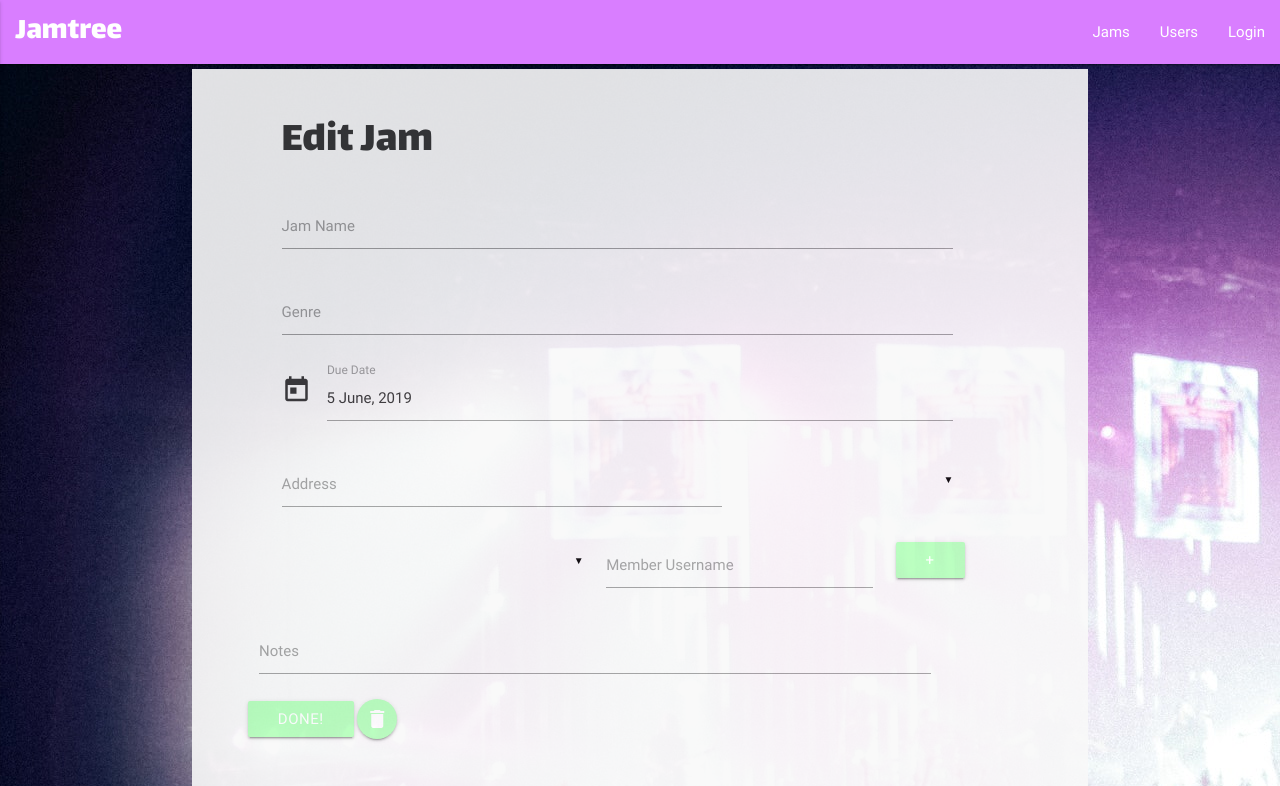
Repository: EdShackleton/milestone-project-3
Page: templates/editjam.html
The author's editor kept a record of every edit. The page is drawn from the files as they stood at one moment, then again after the next edit.
The browser window is 1280 px wide. The pictures show the whole page.
Backgrounds fixed to the window are drawn as part of the page. Some web libraries are served in a nearby version. The page is served by the project's application, run on Flask 3 (app.py). Style sheets and scripts are compiled from the project's sources, by tool versions that may differ from the author's. The template is opened directly, without the code that normally fills it, so the values that code supplies are empty.

Above is the page before.

### templates/editjam.html
{% extends 'base.html'%} {% block content %}
<div class="blank-background">
    <h3 class="jam-title">Edit Jam</h3>
    <div class="row">
        <form action="{{ url_for('edit_jam', jam_id=jam._id) }}" method="POST" class="col s12">
            <div class="row">
                <div class="input-field col s12">
                    <input id="jam_title" name="jam_title" type="text" class="validate" value="{{jam.jam_title}}">
                    <label for="icon_prefix">Jam Name</label>
                </div>
            </div>
            <div class="row">
                <div class="input-field col s12">
                    <input id="genre" name="genre" type="text" class="validate" value="{{jam.genre}}">
                    <label for="icon_prefix">Genre</label>
                </div>
            </div>
            <div class="row">
                <div class="input-field col s12">
                    <i class="material-icons prefix">today</i>
                    <input id="date_of_jam" name="date_of_jam" type="text" class="datepicker">
                    <label for="icon_prefix">Due Date</label>
                </div>
            </div>
            <div class="row">
                <span class="input-field col s8">
                <input id="jam_location" name="jam_location" type="text" class="validate" value="{{jam.jam_location}}">
                <label for="icon_prefix">Address</label>
            </span>
                <span class="input-field col s4">
                <select name="jam_county">
                    <option value="{{jam.jam_county}}" disabled selected>{{jam.jam_county}}</option>
                    {% for county in counties %}
                    <option value="{{county.county_name}}">{{county.county_name}}</option>
                    {% endfor %}
                </select>
            </span>

            <div class="row" id="members-section">
                <div class="row" id="member-1-details">
                    <span class="input-field col s6">
                        <select name="member_instrument_1">
                            <option value="{{jam.member_instrument_1}}" disabled selected>{{jam.member_instrument_1}}</option>
                            {% for instrument in instruments %}
                            <option value="{{instrument.instrument_name}}">{{instrument.instrument_name}}</option>
                            {% endfor %}
                        </select>
                    </span>
                    <span class="input-field col s5">
                        <input id="jam_members" name="jam_member_1" type="text">
                        <label for="icon_prefix">Member Username</label>
                    </span>
                    <span class="input-field col s1">
                        <a class="waves-effect waves-light btn" id="new-member_1" onclick="newMember1()">+</i></a>
                    </span>
                </div>
                <div class="row" id="member-2-details">
                    <span class="input-field col s6">
                        <select name="member_instrument_2">
                            <option value="{{jam.member_instrument_2}}" disabled selected>{{jam.member_instrument_2}}</option>
                            {% for instrument in instruments %}
                            <option value="{{instrument.instrument_name}}">{{instrument.instrument_name}}</option>
                            {% endfor %}
                        </select>
                    </span>
                    <span class="input-field col s5">
                        <input id="jam_members" name="jam_member_2" type="text">
                        <label for="icon_prefix">Member Username</label>
                    </span>
                    <span class="input-field col s1">
                        <a class="waves-effect waves-light btn" id="new-member_2" onclick="newMember2()">+</i></a>
                    </span>
                </div>
                <div class="row" id="member-3-details">
                    <span class="input-field col s6">
                        <select name="member_instrument_3">
                            <option value="{{jam.member_instrument_3}}" disabled selected>{{jam.member_instrument_3}}</option>
                            {% for instrument in instruments %}
                            <option value="{{instrument.instrument_name}}">{{instrument.instrument_name}}</option>
                            {% endfor %}
                        </select>
                    </span>
                    <span class="input-field col s5">
                        <input id="jam_members" name="jam_member_3" type="text">
                        <label for="icon_prefix">Member Username</label>
                    </span>
                    <span class="input-field col s1">
                        <a class="waves-effect waves-light btn" id="new-member_3" onclick="newMember3()">+</i></a>
                    </span>
                </div>
                <div class="row" id="member-4-details">
                    <span class="input-field col s6">
                        <select name="member_instrument_4">
                            <option value="{{jam.member_instrument_4}}" disabled selected>{{jam.member_instrument_4}}</option>
                            {% for instrument in instruments %}
                            <option value="{{instrument.instrument_name}}">{{instrument.instrument_name}}</option>
                            {% endfor %}
                        </select>
                    </span>
                    <span class="input-field col s5">
                        <input id="jam_members" name="jam_member_4" type="text">
                        <label for="icon_prefix">Member Username</label>
                    </span>
                    <span class="input-field col s1">
                        <a class="waves-effect waves-light btn" id="new-member_4" onclick="newMember4()">+</i></a>
                    </span>
                </div>
                <div class="row" id="member-5-details">
                    <span class="input-field col s6">
                        <select name="member_instrument_5">
                            <option value="{{jam.member_instrument_5}}" disabled selected>{{jam.member_instrument_5}}</option>
                            {% for instrument in instruments %}
                            <option value="{{instrument.instrument_name}}">{{instrument.instrument_name}}</option>
                            {% endfor %}
                        </select>
                    </span>
                    <span class="input-field col s5">
                        <input id="jam_members" name="jam_member_5" type="text">
                        <label for="icon_prefix">Member Username</label>
                    </span>
                    <span class="input-field col s1">
                        <a class="waves-effect waves-light btn" id="new-member_5" onclick="newMember5()">+</i></a>
                    </span>
                </div>
                <div class="row" id="member-6-details">
                    <span class="input-field col s6">
                        <select name="member_instrument_6">
                            <option value="" disabled selected>Instrument</option>
                            {% for instrument in instruments %}
                            <option value="{{instrument.instrument_name}}">{{instrument.instrument_name}}</option>
                            {% endfor %}
                        </select>
                    </span>
                    <span class="input-field col s5">
                        <input id="jam_members" name="jam_member_6" type="text">
                        <label for="icon_prefix">Member Username</label>
                    </span>
                    <span class="input-field col s1">
                        <a class="waves-effect waves-light btn" id="new-member_6" onclick="newMember6()">+</i></a>
                    </span>
                </div>
                <div class="row" id="member-7-details">
                    <span class="input-field col s6">
                        <select name="member_instrument_7">
                            <option value="" disabled selected>Instrument</option>
                            {% for instrument in instruments %}
                            <option value="{{instrument.instrument_name}}">{{instrument.instrument_name}}</option>
                            {% endfor %}
                        </select>
                    </span>
                    <span class="input-field col s5">
                        <input id="jam_members" name="jam_member_7" type="text">
                        <label for="icon_prefix">Member Username</label>
                    </span>
                    <span class="input-field col s1">
                        <a class="waves-effect waves-light btn" id="new-member_7" onclick="newMember7()">+</i></a>
                    </span>
                </div>
                <div class="row" id="member-8-details">
                    <span class="input-field col s6">
                        <select name="member_instrument_8">
                            <option value="" disabled selected>Instrument</option>
                            {% for instrument in instruments %}
                            <option value="{{instrument.instrument_name}}">{{instrument.instrument_name}}</option>
                            {% endfor %}
                        </select>
                    </span>
                    <span class="input-field col s5">
                        <input id="jam_members" name="jam_member_8" type="text">
                        <label for="icon_prefix">Member Username</label>
                    </span>
                    <span class="input-field col s1">
                        <a class="waves-effect waves-light btn" id="new-member_8" onclick="newMember8()">+</i></a>
                    </span>
                </div>
                <div class="row" id="member-9-details">
                    <span class="input-field col s6">
                        <select name="member_instrument_9">
                            <option value="" disabled selected>Instrument</option>
                            {% for instrument in instruments %}
                            <option value="{{instrument.instrument_name}}">{{instrument.instrument_name}}</option>
                            {% endfor %}
                        </select>
                    </span>
                    <span class="input-field col s5">
                        <input id="jam_members" name="jam_member_9" type="text">
                        <label for="icon_prefix">Member Username</label>
                    </span>
                    <span class="input-field col s1">
                        <a class="waves-effect waves-light btn" id="new-member_9" onclick="newMember9()">+</i></a>
                    </span>
                </div>
                <div class="row" id="member-10-details">
                    <span class="input-field col s6">
                        <select name="member_instrument_10">
                            <option value="" disabled selected>Instrument</option>
                            {% for instrument in instruments %}
                            <option value="{{instrument.instrument_name}}">{{instrument.instrument_name}}</option>
                            {% endfor %}
                        </select>
                    </span>
                    <span class="input-field col s5">
                    <input id="jam_members" name="jam_member_10" type="text">
                    <label for="icon_prefix">Member Username</label>
                </span>
                </div>

            <div class="row">
                <div class="input-field col s12">
                    <input id="jam_notes" name="jam_notes" type="text" class="validate" value="{{jam.jam_notes}}">
                    <label for="icon_prefix">Notes</label>
                </div>
            </div>
            <div class="row">
                <button class="btn waves-effect waves-light" type="submit">Done!</button>
                <a href="{{url_for('delete_jam', jam_id=jam._id)}}" class="btn-floating btn-small waves-effect waves-light btn" id="delete"><i class="material-icons">delete</i></a>
            </div>
        </form>
    </div>
</div>

<script src="https://cdnjs.cloudflare.com/ajax/libs/jquery/3.2.1/jquery.min.js"></script>
<script type="text/javascript">
    $(document).ready(function() {
        date_of_jam = Date.parse('{{jam.date_of_jam}}');
        $('#date_of_jam').pickadate('picker').set('select', date_of_jam, { format: 'dd/mm/yyyy' }).trigger('change');
    });
</script>
<script type="text/javascript">
    var i = 1;

    function newMember() {
        i++;
        console.log(i);
        document.getElementById("members-section").innerHTML +=
        `<span class="input-field col s6">
            <select name="member_instrument_${[i]}">
                <option value="" disabled selected>Instrument</option>
                {% for instrument in instruments %}
                    <option value="{{instrument.instrument_name}}">{{instrument.instrument_name}}</option>
                {% endfor %}
            </select>
        </span>
        <span class="input-field col s5">
            <input id="jam_members" name="jam_member_${[i]}" type="text">
            <label for="icon_prefix">Member Username</label>
        </span>
        <span class="input-field col s1">
            <a class="waves-effect waves-light btn" id="new-member_${[i]}" onclick="newMember()">+</i></a>
        </span>`;

    }
</script>
{% endblock %}

### templates/base.html
<!DOCTYPE html>
<html>

<head>
    <link href="https://fonts.googleapis.com/icon?family=Material+Icons" rel="stylesheet">
    <link href="https://fonts.googleapis.com/css?family=Lalezar|Roboto&display=swap" rel="stylesheet">
    <link rel="stylesheet" href="static/css/style.css" type="text/css" />
    <link rel="stylesheet" href="https://cdnjs.cloudflare.com/ajax/libs/materialize/0.100.2/css/materialize.min.css">
    <link rel="stylesheet" href="{{url_for('static', filename='css/style.css')}}" type="text/css" />
</head>

<body>
    <header>
        <div class="navbar-fixed">
            <nav>
                <div class="nav-wrapper">
                    <a href="{{ url_for('get_jams') }}" class="brand-logo">Jamtree</a>
                    <a href="#" data-activates="mobile-demo" class="button-collapse"><i class="material-icons">menu</i></a>
                    <ul id="nav-mobile" class="right hide-on-med-and-down">

                        <li id="username"><strong>{{ username }}</strong></li>
                        <li><a href="{{ url_for('get_jams') }}">Jams</a></li>
                        <li><a href="{{ url_for('get_users') }}">Users</a></li>
                        {% if user_logged_in %}
                        <li><a href="{{ url_for('add_jam') }}">+</a></li>
                        <li><a href="{{ url_for('login') }}">Logout</a></li>
                        {% else %}
                        <li><a href="{{ url_for('login') }}">Login</a></li>
                        {% endif %}

                    </ul>
                    <ul class="side-nav" id="mobile-demo">
                        <li><a href="{{ url_for('get_jams') }}">Jams</a></li>
                        <li><a href="{{ url_for('get_users') }}">Users</a></li>
                        {% if user_logged_in %}
                        <li><a href="{{ url_for('add_jam') }}">New Jam</a></li>
                        <li><a href="{{ url_for('login') }}">Logout</a></li>
                        {% else %}
                        <li><a href="{{ url_for('login') }}">Login</a></li>
                        {% endif %}
                    </ul>
                </div>
            </nav>
        </div>
    </header>
    <div class="container background"></div>
    <div class="container">
        {% block content %} {% endblock %}
    </div>
    <script src="https://cdnjs.cloudflare.com/ajax/libs/jquery/3.2.1/jquery.min.js"></script>
    <script src="https://cdnjs.cloudflare.com/ajax/libs/materialize/0.100.2/js/materialize.min.js"></script>
    <script type="text/javascript">
        $(document).ready(function() {
            $('.collapsible').collapsible();
            $('select').material_select();
            $(".button-collapse").sideNav();
        });
        $('.datepicker').pickadate({
            selectMonths: true, // Creates a dropdown to control month
            selectYears: 15, // Creates a dropdown of 15 years to control year,
            today: 'Today',
            clear: 'Clear',
            close: 'Ok',
            closeOnSelect: false // Close upon selecting a date,
        });
    </script>
</body>

</html>

### static/css/style.sass
/* Variables */

$primary-color: #7D1538
$secondary-color: #F9F9F9
$third-color: #d97eff
$fourth-color: #C45AB3
$fifth-color: #F45866

/* Mixins */

%box
    background-color: $secondary-color
    color: #383838
    border-color: white
    opacity: 0.9


%title
    font-family: 'Lalezar', cursive

/* background */


body
    background: url(/static/images/background-pic-purple.jpg) top left no-repeat
    background-attachment: fixed

.blank-background
    @extend %box
    padding: 3% 10%
    margin-top: 5px

/* nav bar */

.nav-wrapper
    background-color: $third-color
    font-family: 'Roboto', sans-serif


.brand-logo
    @extend %title
    margin: 0px 15px

#username
    font-style: italic

/* search bar */

.search-bar
    -webkit-box-shadow: 5px 5px 5px 0px rgba(0,0,0,0.2)
    -moz-box-shadow: 5px 5px 5px 0px rgba(0,0,0,0.2)
    box-shadow: 5px 5px 5px 0px rgba(0,0,0,0.2)
    background-color: #f5ecf9
    padding: 0 !important
    color: #383838
    font-family: 'Roboto', sans-serif
    margin-top: 5px
    height: 38px

.select-wrapper input.select-dropdown
    margin: 0
    border: none
    width: 100%
    font-size: 16px
    height: 38px
    padding-left: 5px

.dropdown-content li>span
    color: #383838
    font-family: 'Roboto', sans-serif

#search-button
    height: 38px
    margin-top: 5px
    border-radius: 2px

/* Jams page */

.jams-list
    @extend %box
    font-family: 'Roboto', sans-serif
    text-align: center

.jam-title
    @extend %title

.other-jam-info
    background-color: #F4CEFF
    border-color: white
    opacity: 0.9

/* Users page */

.user-card
    @extend %box
    font-family: 'Roboto', sans-serif

.user-name
    @extend %title

/* Add Jams page */

#member-2-details
    display: none

#member-3-details
    display: none

#member-4-details
    display: none

#member-5-details
    display: none

#member-6-details
    display: none

#member-7-details
    display: none

#member-8-details
    display: none

#member-9-details
    display: none

#member-10-details
    display: none

/* other */

.user-card
    @extend %box

.btn
    background-color: #b4ffba

.btn:hover
    background-color: $third-color

.side-nav
    @extend %box

.side-nav li>a:hover
    background-color: $primary-color
    color: white

.row
    width: 100%
    margin: 5px

p
    margin: 0

/* When starting to use sass, type into console: sass --watch static/css/style.sass:static/css/style.css */

Loaded but not shown: app.py (203 lines, source omitted)

After the next edit:
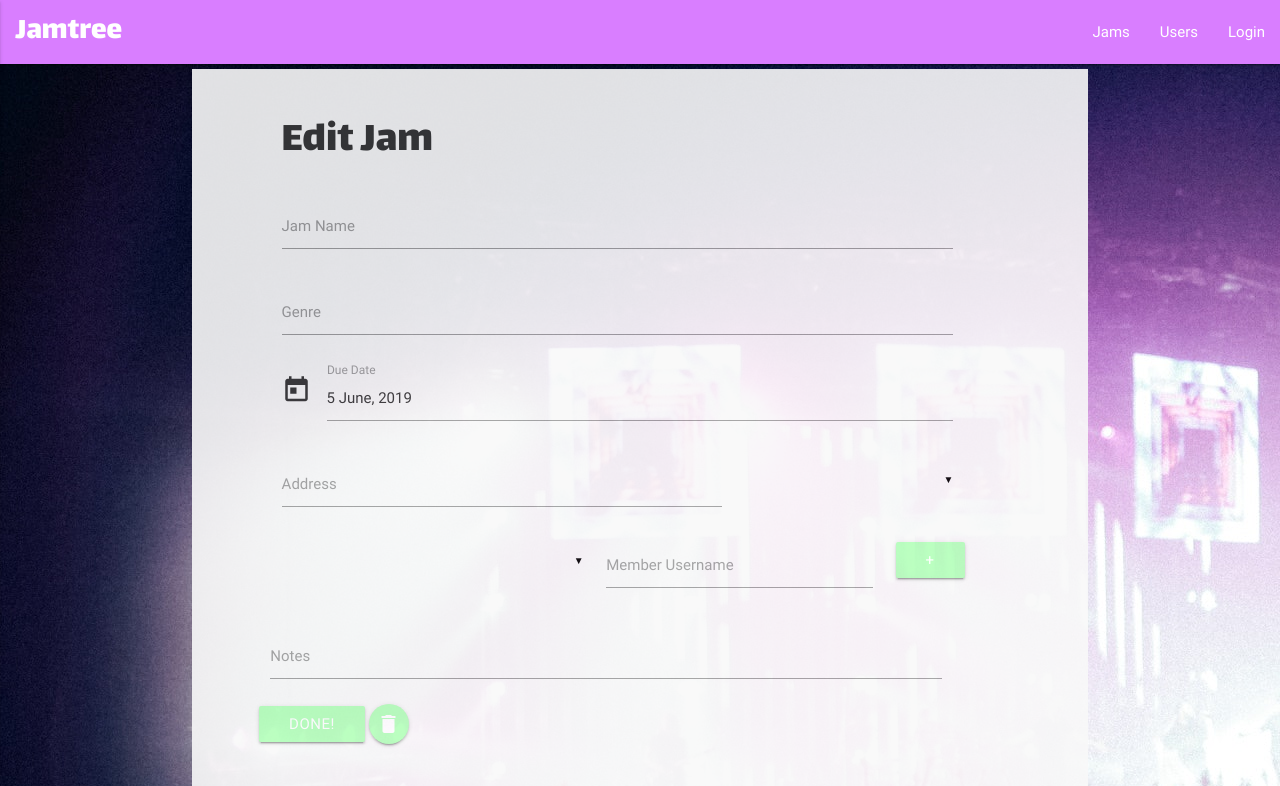
The edit:
--- a/templates/editjam.html
+++ b/templates/editjam.html
@@ -200,10 +200,11 @@
                         </select>
                     </span>
                     <span class="input-field col s5">
-                    <input id="jam_members" name="jam_member_10" type="text">
-                    <label for="icon_prefix">Member Username</label>
-                </span>
-                </div>
+                        <input id="jam_members" name="jam_member_10" type="text">
+                        <label for="icon_prefix">Member Username</label>
+                    </span>
+                </div>
+            </div>
 
             <div class="row">
                 <div class="input-field col s12">
